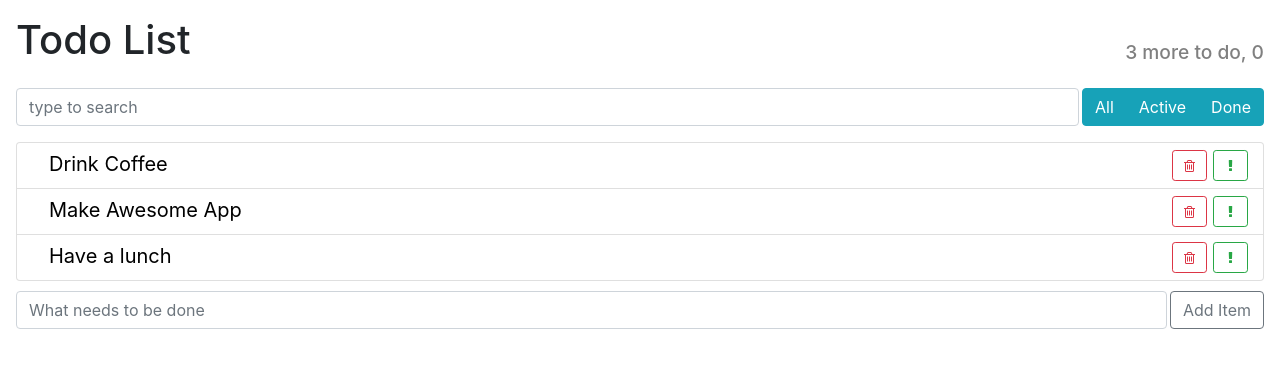
Repository: max535/react-todo-list
Page: /
These files come from the project's save history. The page is drawn as it stood at one moment and after the next save; the edit follows.
The browser window is 1280 px wide. The pictures show the whole page.
The project was rebuilt for these pictures with package versions that can differ from the ones it lists, and the page was loaded fresh each time.

Above is the page before, as saved 2022-01-22 19:59:11.

After the next save:
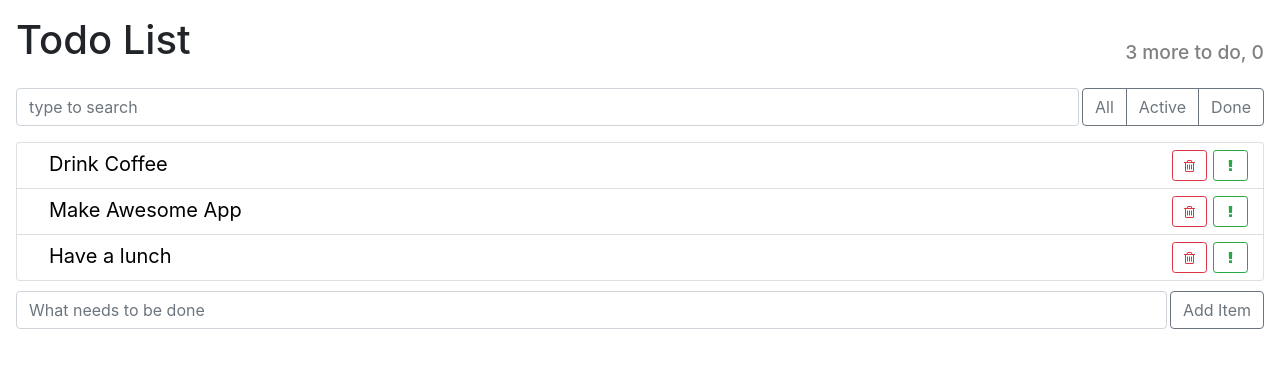
Saved 29 s later.
--- a/src/components/ItemStatusFilter/index.jsx
+++ b/src/components/ItemStatusFilter/index.jsx
@@ -19,7 +19,7 @@ export class ItemStatusFilter extends React.Component {
             return (
                 <button
                     type="button"
-                    className="btn btn-info"
+                    className={`btn ${clazz}`}
                     key={name}
                 >
                 {label}
